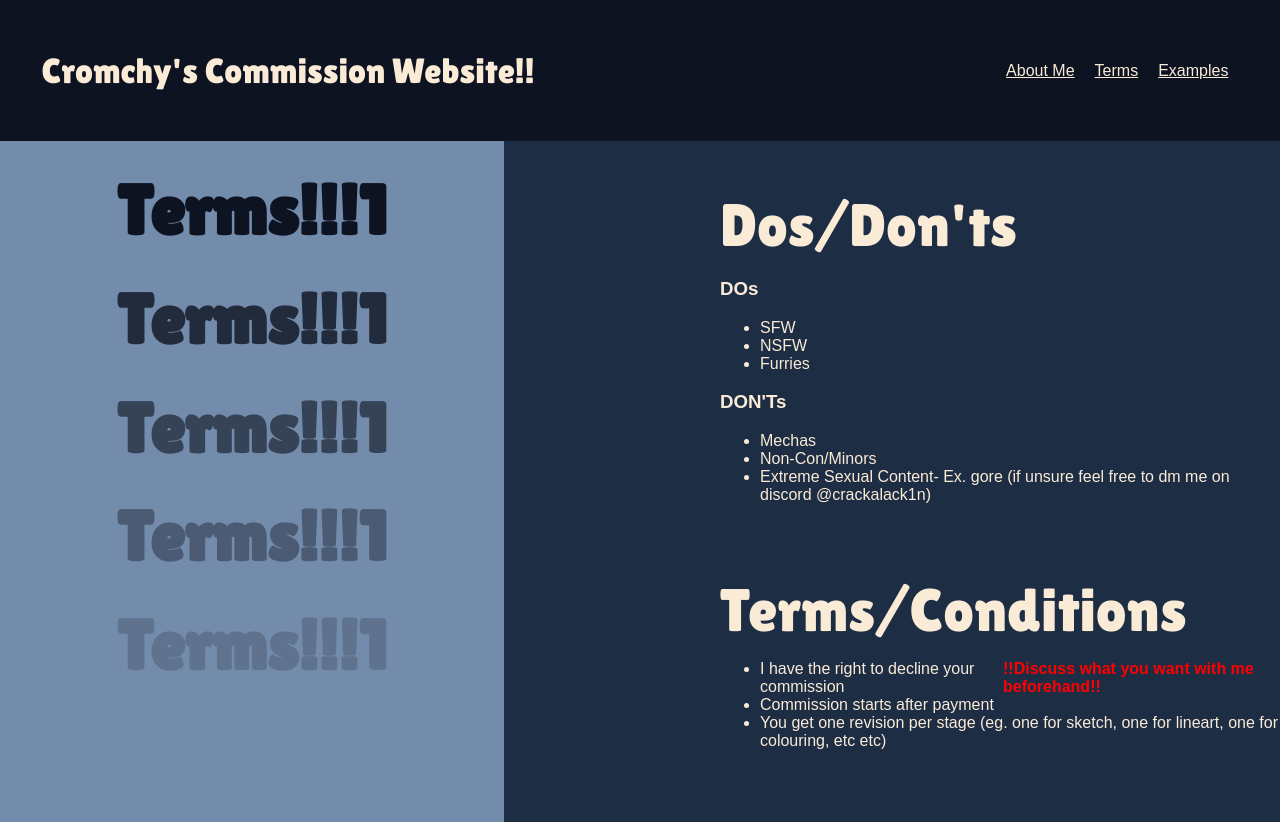
Repository: crackaLack1n/Cromchys_Commission_Site
Page: /Terms
The author's editor kept a copy of each file at every save. The page is drawn from the files as they stood at one save, then again after the next save.
The browser window is 1280 px wide. The pictures show the whole page.
The project was rebuilt for these pictures with package versions that can differ from the ones it lists, and the page was loaded fresh each time. The framework's server and built-in components were replaced by stand-ins that run in the browser. Also part of the build but not shown: next.config.mjs, Components/Footer/footer.module.css, Components/Footer/index.js.

Above is the page before, as saved 2024-06-14 19:56:23.

After the next save:
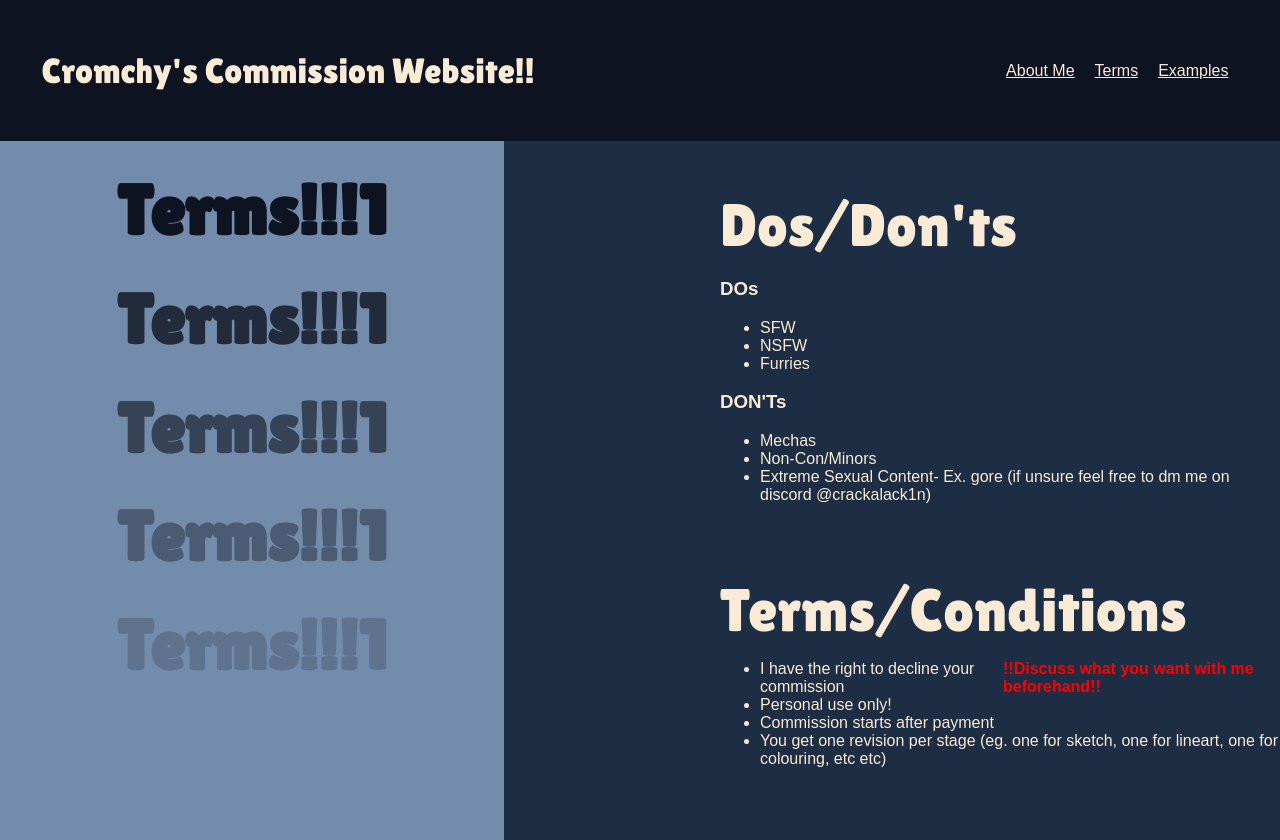
Saved 91 s later.
--- a/pages/Terms.js
+++ b/pages/Terms.js
@@ -50,6 +50,7 @@ export default function Idk() {
                       <ul style={{ color: 'red', fontWeight: 'bold', marginLeft: '-35px' }}>!!Discuss what you want with me beforehand!!</ul>
                     </span>
                   </li>
+                  <li>Personal use only!</li>
                   <li>Commission starts after payment</li>
                   <li>You get one revision per stage (eg. one for sketch, one for lineart, one for colouring, etc etc)</li>
                 </ul>
